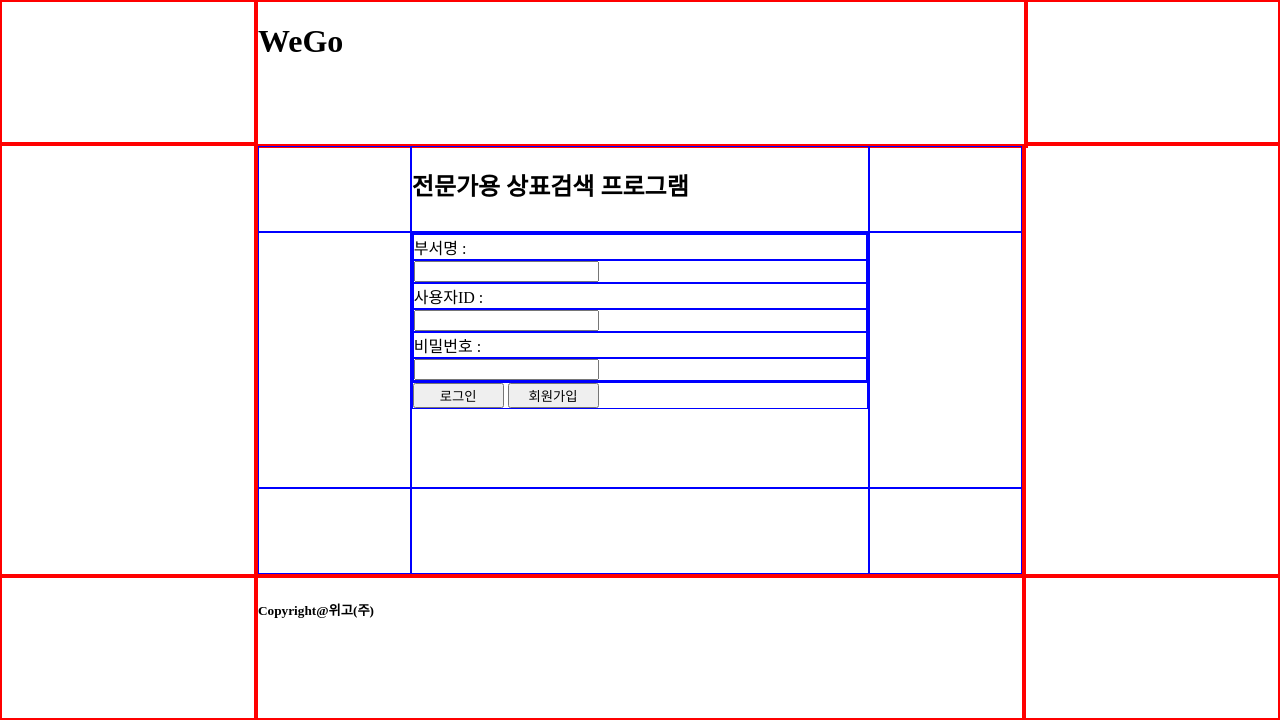
Repository: hamuse/wego1
Page: http://localhost/teamW1/facade.do
The author's editor kept a copy of each file at every save. The page is drawn from the files as they stood at one save, then again after the next save.
The browser window is 1280 px wide. The pictures show the whole page.
Some web libraries are served in a nearby version. The page is served by Tomcat 9.

Above is the page before, as saved 2019-10-07 11:32:16.

After the next save:
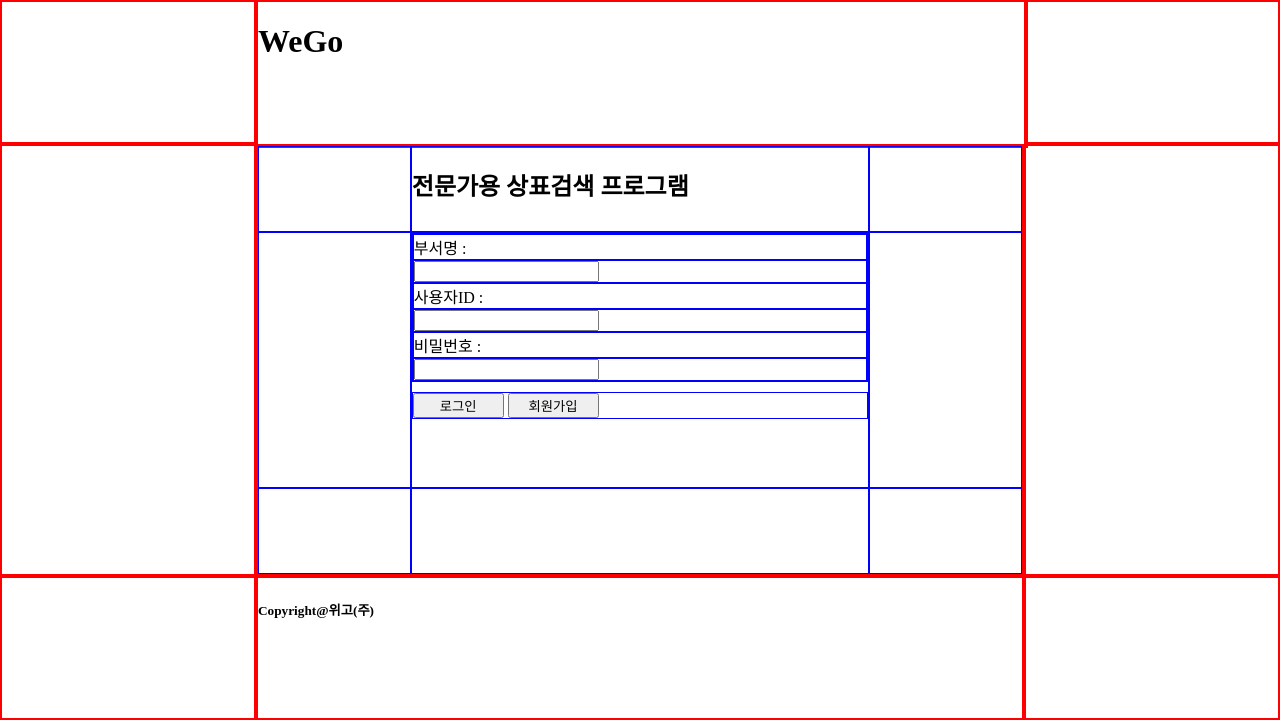
Saved 8 s later.
--- a/teamW1/WebContent/resources/css/style.css
+++ b/teamW1/WebContent/resources/css/style.css
@@ -47,7 +47,7 @@ html, body{
 	grid-template-rows: 33% 34% 33%;
 	grid-template-columns: 50% 50%;
 }
-#input_item{margin: 10 auto;}
+#input_item{margin: 10px auto;}
 #wego{width: 100%;height: 100%;}
 #login_btn{width: 20%; height: 20%}
 #join_btn{width: 20%; height: 20%}
